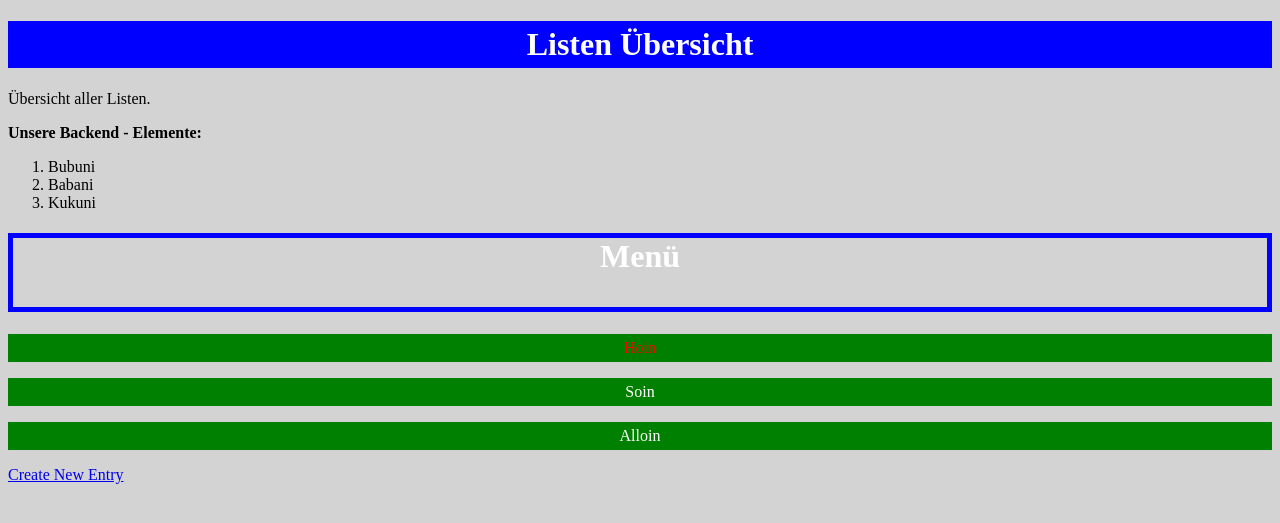
Repository: leloq/project.github.io
Page: start.html
The author's editor kept a record of every edit. The page is drawn from the files as they stood at one moment, then again after the next edit.
The browser window is 1280 px wide. The pictures show the whole page.

Above is the page before.

### start.html
<!DOCTYPE html>
<html>
<head>
<meta charset="utf-8" />
<title>Database Backend</title>
<link rel="stylesheet" type="text/css" href="style.css">
</head>
<body>

<div class="heading-line">
    <h1>Listen Übersicht</h1>
</div>

<p>Übersicht aller Listen.</p>
<p><strong>Unsere Backend - Elemente:</strong></p>
<section>
    <ol>
        <li>Bubuni</li>
        <li>Babani</li>
        <li>Kukuni</li>
    </ol>

</section>

<h1 style="text-align: center;">Menü</p></h1>
<section>
    <p class="menu-element active">Hoin</p>
    <p class="menu-element">Soin</p>
    <p class="menu-element">Alloin</p>
</section>

<a href="create.html">Create New Entry</a>

<br>

</body>
</html>

### style.css
h1 {
    color: white;
    text-align: center;
    border: 5px solid blue;
    text-align: center;
}



body {
    background-color: lightgrey;
    background-size: cover;
}

.menu {
    text-align: center;
    border: 2px solid blue;
}


.menu-element {
    border: 5px solid green;
    background-color: green;
    color: white;
    text-align: center
}

.active {
    color: red;
}

.heading-line {
    background-color: blue;
}

.heading-line :hover {
    background-color: red;
}

.content {
    text-align: center;
}

.content p {
    text-align: center;
    font-style: italic;
    font-family: 'Poiret One';

}



img {
    float: left;
    width: 100%;
    height: 100px;
}

After the next edit:
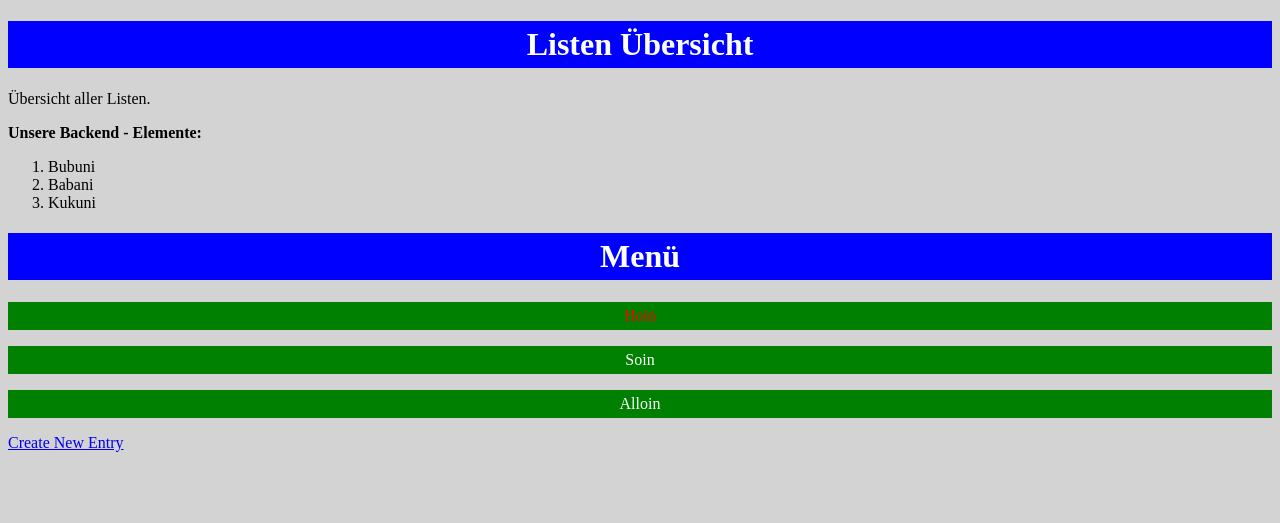
The edit:
--- a/start.html
+++ b/start.html
@@ -22,7 +22,9 @@
 
 </section>
 
-<h1 style="text-align: center;">Menü</p></h1>
+<div class="heading-line">
+<h1>Menü</h1>
+</div>
 <section>
     <p class="menu-element active">Hoin</p>
     <p class="menu-element">Soin</p>
